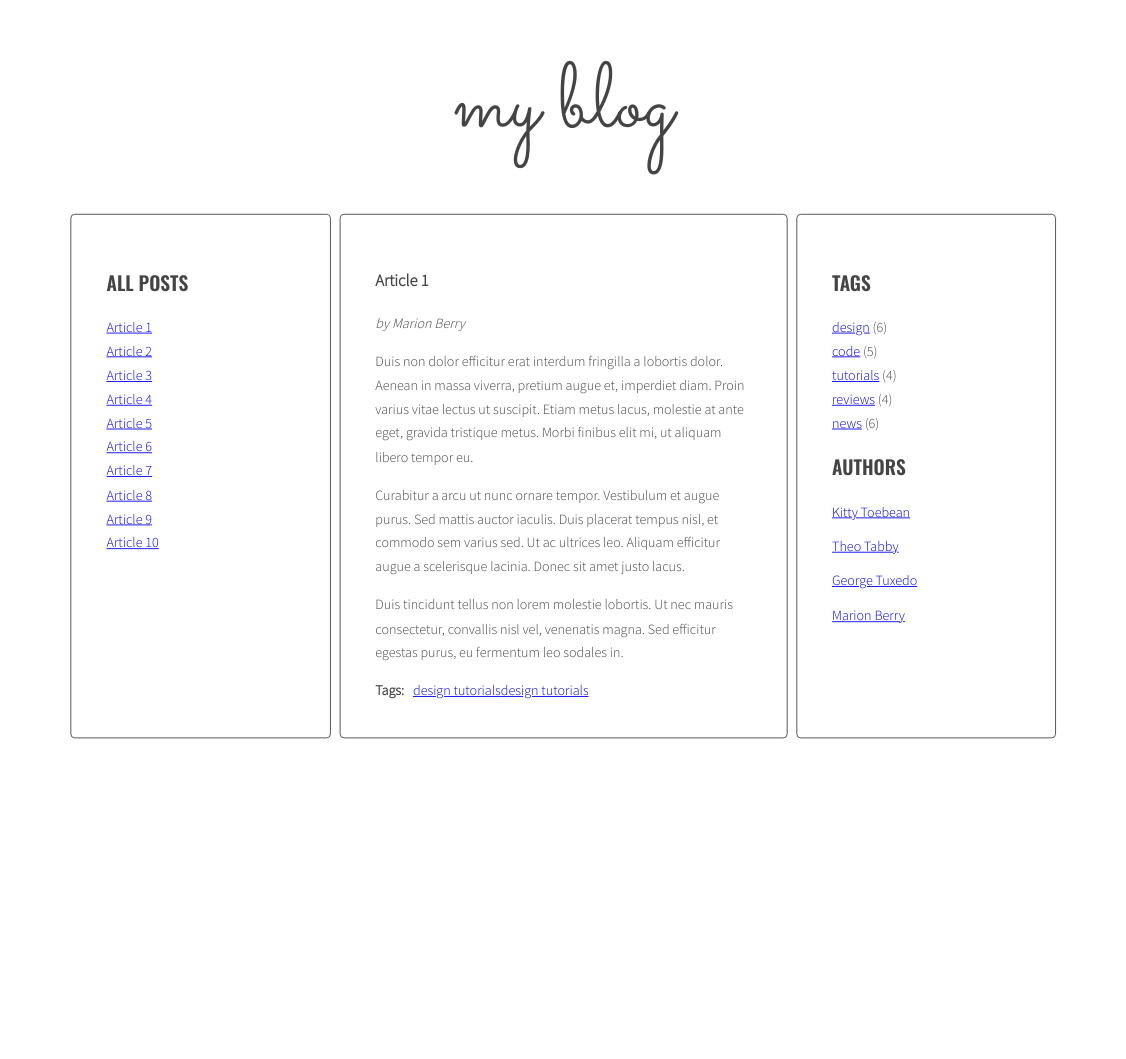
Repository: ulasup/javascript-blog
Page: index.html
These files come from the project's save history. The page is drawn as it stood at one moment and after the next save; the edit follows.
The browser window is 1280 px wide. The pictures show the whole page, at 88% of full size.
The style sheet was rebuilt from its Sass, Less or Tailwind sources for each picture, by a compiler version that may differ from the author's.

Above is the page before, as saved 2020-12-19 13:46:08.

### index.html
<!DOCTYPE html>
<html  lang="en">
    <head>
        <meta charset="UTF-8">
        <title>Film blog</title>
        <link rel="stylesheet" href="css/style.css">
    </head>
    <body>
        <div class="blog">
            <div class="container">
              <h1 class="logo">my blog</h1>
              <main class="wrapper">
                <aside class="sidebar">
                  <h2 class="section-title">All posts</h2>
                  <ul class="list titles">
                  </ul>
                </aside>
                <section class="posts">
                  <article class="post active" id="article-1" data-tags="design tutorials">
                    <h3 class="post-title">Article 1</h3>
                    <p class="post-author">by Marion Berry</p>
                    <div class="post-content">
                      <p>Duis non dolor efficitur erat interdum fringilla a lobortis dolor. Aenean in massa viverra, pretium augue et, imperdiet diam. Proin varius vitae lectus ut suscipit. Etiam metus lacus, molestie at ante eget, gravida tristique metus. Morbi finibus elit mi, ut aliquam libero tempor eu.</p>
                      <p>Curabitur a arcu ut nunc ornare tempor. Vestibulum et augue purus. Sed mattis auctor iaculis. Duis placerat tempus nisl, et commodo sem varius sed. Ut ac ultrices leo. Aliquam efficitur augue a scelerisque lacinia. Donec sit amet justo lacus.</p>
                      <p>Duis tincidunt tellus non lorem molestie lobortis. Ut nec mauris consectetur, convallis nisl vel, venenatis magna. Sed efficitur egestas purus, eu fermentum leo sodales in.</p>
                    </div>
                    <div class="post-tags">
                      <p><strong>Tags:</strong></p>
                      <ul class="list list-horizontal">
                      </ul>
                    </div>
                  </article>
                  <article class="post" id="article-2" data-tags="news code">
                    <h3 class="post-title">Article 2</h3>
                    <p class="post-author">by Theo Tabby</p>
                    <div class="post-content">
                      <p>Phasellus sollicitudin, arcu vel iaculis ullamcorper, quam leo viverra orci, et faucibus quam sapien vel est. Maecenas ac suscipit elit. Nullam interdum, lorem vitae venenatis pulvinar, ex dui malesuada nunc, tempus cursus enim metus vel nulla.</p>
                      <p>Integer hendrerit, eros id efficitur dapibus, ante arcu ullamcorper orci, a iaculis felis turpis at purus. Quisque sodales posuere sapien vel consectetur. Duis dui urna, commodo non ante nec, mattis dictum enim. Donec aliquam erat sed diam lobortis, vel gravida lacus laoreet. Phasellus pretium maximus mi, eu posuere justo suscipit vel.</p>
                      <p>Nam magna nisl, varius in malesuada vitae, facilisis vel metus. Proin rhoncus euismod leo dictum lobortis. Suspendisse non ante sapien.</p>
                    </div>
                    <div class="post-tags">
                      <p><strong>Tags:</strong></p>
                      <ul class="list list-horizontal">
                      </ul>
                    </div>
                  </article>
                  <article class="post" id="article-3" data-tags="news reviews design">
                    <h3 class="post-title">Article 3</h3>
                    <p class="post-author">by George Tuxedo</p>
                    <div class="post-content">
                      <p>Mauris vel pellentesque turpis, ac sodales nisl. Quisque iaculis mi velit, ut convallis tellus accumsan a. Quisque iaculis, nisi et dignissim tincidunt, nisl eros euismod nulla, finibus laoreet erat enim posuere elit.</p>
                      <p>Aenean at semper urna. Duis vel sapien molestie, egestas diam consequat, molestie nulla. Praesent a malesuada metus. Praesent et tempus leo.</p>
                      <p>Mauris in eleifend neque, vitae eleifend velit. Maecenas purus est, bibendum eget imperdiet id, dictum sed ante. Aenean a magna et eros sagittis aliquet.</p>
                    </div>
                    <div class="post-tags">
                      <p><strong>Tags:</strong></p>
                      <ul class="list list-horizontal">
                      </ul>
                    </div>
                  </article>
                  <article class="post" id="article-4" data-tags="tutorials code design">
                    <h3 class="post-title">Article 4</h3>
                    <p class="post-author">by Kitty Toebean</p>
                    <div class="post-content">
                      <p>Morbi vel cursus nulla, vel varius mauris. Suspendisse sed elit sit amet risus faucibus vestibulum ut sit amet purus. Donec orci est, condimentum ut quam quis, scelerisque fringilla ligula.</p>
                      <p>Quisque bibendum nisl id quam sagittis, id pretium dolor scelerisque. Suspendisse non odio nec velit dapibus placerat non a libero.</p>
                      <p>Vivamus at tristique ex, feugiat sagittis ex. Cras cursus, ipsum et efficitur commodo, urna sapien rutrum magna, quis sodales justo ligula eget nunc. In hac habitasse platea dictumst.</p>
                    </div>
                    <div class="post-tags">
                      <p><strong>Tags:</strong></p>
                      <ul class="list list-horizontal">
                      </ul>
                    </div>
                  </article>
                  <article class="post" id="article-5" data-tags="design reviews">
                    <h3 class="post-title">Article 5</h3>
                    <p class="post-author">by Marion Berry</p>
                    <div class="post-content">
                      <p>Suspendisse sem eros, euismod condimentum arcu ac, consequat fermentum orci. Nam convallis lacus nec interdum vestibulum. Vestibulum luctus, quam eu tristique ornare, lorem nibh sodales enim, vitae tempor dolor ante vitae tortor.</p>
                      <p>Duis venenatis metus quis luctus lobortis. In porttitor ipsum eget ligula aliquam ornare. Cras malesuada urna id volutpat sodales.</p>
                      <p>Donec lobortis ultricies turpis, eu viverra magna gravida quis. Fusce sit amet pretium nulla. Duis rutrum metus vel libero sodales, pellentesque varius ex pulvinar.</p>
                    </div>
                    <div class="post-tags">
                      <p><strong>Tags:</strong></p>
                      <ul class="list list-horizontal">
                      </ul>
                    </div>
                  </article>
                  <article class="post" id="article-6" data-tags="reviews code">
                    <h3 class="post-title">Article 6</h3>
                    <p class="post-author">by George Tuxedo</p>
                    <div class="post-content">
                      <p>Donec posuere iaculis ante sed hendrerit. Lorem ipsum dolor sit amet, consectetur adipiscing elit. Quisque hendrerit neque nec urna tincidunt, quis vehicula dui vulputate. Morbi est sapien, auctor ut lectus eu, placerat viverra lorem.</p>
                      <p>Cras consectetur at erat id accumsan. Suspendisse lacinia in nulla quis vulputate. Nunc vitae consectetur augue. Nam ut vehicula mi. Aliquam tristique, purus in hendrerit porta, elit lectus finibus mi, vel malesuada nisl lectus a libero.</p>
                      <p>Nam quis efficitur ante. Sed eget purus quis ex commodo porta eu sit amet dolor. Mauris tellus nisl, dictum nec est vitae, condimentum ornare ante. Fusce ornare hendrerit maximus. In maximus rhoncus justo.</p>
                    </div>
                    <div class="post-tags">
                      <p><strong>Tags:</strong></p>
                      <ul class="list list-horizontal">
                      </ul>
                    </div>
                  </article>
                  <article class="post" id="article-7" data-tags="code news">
                    <h3 class="post-title">Article 7</h3>
                    <p class="post-author">by Kitty Toebean</p>
                    <div class="post-content">
                      <p>Donec eleifend mauris ac nisl fermentum, ac fermentum turpis dignissim. Aliquam diam nisl, imperdiet a varius eget, lobortis sed nisi. Nullam suscipit ipsum sed magna blandit, sed pellentesque urna malesuada.</p>
                      <p>Duis vestibulum arcu et lectus viverra porta. Praesent tempor lacus eget quam mattis, sit amet venenatis diam ultrices. Morbi gravida sapien quis ligula tincidunt, vel sagittis erat ultrices.</p>
                      <p>Ut orci tellus, laoreet ac diam ut, tempus bibendum nisi. Nam egestas sagittis nibh. Curabitur tristique dui quis egestas pretium. Duis eu felis orci.</p>
                    </div>
                    <div class="post-tags">
                      <p><strong>Tags:</strong></p>
                      <ul class="list list-horizontal">
                      </ul>
                    </div>
                  </article>
                  <article class="post" id="article-8" data-tags="news design tutorials">
                    <h3 class="post-title">Article 8</h3>
                    <p class="post-author">by Theo Tabby</p>
                    <div class="post-content">
                      <p>Praesent quis imperdiet erat. Curabitur tempor sapien a interdum malesuada. Proin libero erat, sagittis a sollicitudin eget, pulvinar nec risus. Cras et suscipit sem.</p>
                      <p>Maecenas consequat diam nec sollicitudin congue. Aenean porttitor porttitor quam, condimentum interdum metus congue sed. Donec at nulla ipsum.</p>
                      <p>Mauris non congue dui. Aenean ac eros vitae massa vulputate aliquet ut ac elit. Morbi iaculis auctor nunc aliquet luctus. Nunc tincidunt sem dui, quis interdum leo pellentesque eget. Fusce id leo varius, imperdiet nunc vitae, tristique mi. Mauris quis interdum justo. Mauris auctor purus eu leo faucibus feugiat. Nulla at odio vitae leo semper blandit.</p>
                    </div>
                    <div class="post-tags">
                      <p><strong>Tags:</strong></p>
                      <ul class="list list-horizontal">
                      </ul>
                    </div>
                  </article>
                  <article class="post" id="article-9" data-tags="news tutorials">
                    <h3 class="post-title">Article 9</h3>
                    <p class="post-author">by Marion Berry</p>
                    <div class="post-content">
                      <p>Tam et facilisis purus. Donec vulputate est quis lobortis posuere. Nunc vitae lorem ut odio faucibus pulvinar nec in justo. Ut ut ante ac tellus ornare tempus. Nunc maximus, tortor et dictum convallis, nunc libero posuere leo, scelerisque ultrices arcu sapien ut tellus.</p>
                      <p>Fusce lacinia augue massa, non tincidunt tortor auctor quis. Vestibulum ut pretium nisl. Etiam id tellus tempus, commodo ligula vehicula, porta magna.</p>
                      <p>Donec fringilla blandit dolor vel aliquet. Fusce tortor sapien, lobortis eu vehicula sit amet, dignissim et lectus. In ullamcorper metus vel massa fermentum, at fermentum dui sollicitudin. Nullam lacinia elit vel tortor ullamcorper pulvinar.</p>
                    </div>
                    <div class="post-tags">
                      <p><strong>Tags:</strong></p>
                      <ul class="list list-horizontal">
                      </ul>
                    </div>
                  </article>
                  <article class="post" id="article-10" data-tags="code design news reviews">
                    <h3 class="post-title">Article 10</h3>
                    <p class="post-author">by George Tuxedo</p>
                    <div class="post-content">
                      <p>Aliquam erat volutpat. Ut non eleifend lectus. Donec suscipit tellus tempor, ornare dui id, hendrerit neque. Phasellus lacinia laoreet dui in luctus. Sed hendrerit, magna sit amet varius tempor, augue augue scelerisque est, non scelerisque mauris libero eu sapien.</p>
                      <p>Sed at sapien in quam sollicitudin aliquam. In interdum metus a mi porttitor luctus. Sed commodo, arcu id lacinia posuere, felis elit pharetra urna, at feugiat est orci sit amet libero. Quisque in nisl est. Nullam vehicula at lectus non luctus. Cras aliquam neque magna, at varius nisi egestas ut.</p>
                      <p>Rhoncus purus nulla, non auctor lacus placerat ut. Aliquam condimentum eget magna ac gravida. Etiam egestas faucibus urna et finibus. Cras vel tellus vel magna suscipit euismod. Maecenas id arcu ante. Duis iaculis scelerisque erat, at ullamcorper arcu consectetur eu. Fusce aliquam diam at arcu pharetra, vel fermentum nunc lobortis.</p>
                    </div>
                    <div class="post-tags">
                      <p><strong>Tags:</strong></p>
                      <ul class="list list-horizontal">
                      </ul>
                    </div>
                  </article>
                </section>
                <aside class="sidebar">
                  <h2 class="section-title">Tags</h2>
                  <ul class="list tags">
                    <li><a href="#">design</a> <span>(6)</span></li>
                    <li><a href="#">code</a> <span>(5)</span></li>
                    <li><a href="#">tutorials</a> <span>(4)</span></li>
                    <li><a href="#">reviews</a> <span>(4)</span></li>
                    <li><a href="#">news</a> <span>(6)</span></li>
                  </ul>
                  <h2 class="section-title">Authors</h2>
                  <ul class="list authors">
                    <li>
                      <a href="#">
                        <span class="author-name">Kitty Toebean</span>
                      </a>
                    </li>
                    <li>
                      <a href="#">
                        <span class="author-name">Theo Tabby</span>
                      </a>
                    </li>
                    <li>
                      <a href="#">
                        <span class="author-name">George Tuxedo</span>
                      </a>
                    </li>
                    <li>
                      <a href="#">
                        <span class="author-name">Marion Berry</span>
                      </a>
                    </li>
                  </ul>
                </aside>
              </main>
            </div>
          </div>
    <script src="js/script.js"></script>
    </body>
</html>

### js/script.js
'use strict';

function titleClickHandler(event){
  event.preventDefault();

  const activeLinks = document.querySelectorAll('.titles a.active');
  for(let activeLink of activeLinks){
    activeLink.classList.remove('active');
  }

  const clickedElement = this;
  clickedElement.classList.add('active');

  const activeArticles = document.querySelectorAll('.post.active');
  for(let activeArticle of activeArticles){
    activeArticle.classList.remove('active');
  }

  const attribute = clickedElement.getAttribute('href');
  const clickedArticles = document.querySelectorAll(attribute);
  for(let clickedArticle of clickedArticles){
    clickedArticle.classList.add('active');
  }
}

const optArticleSelector = '.post',
  optTitleSelector = '.post-title',
  optTitleListSelector = '.titles',
  optArticleTagsSelector = '.post-tags .list';

function generateTitleLinks(){

  const titleList = document.querySelector(optTitleListSelector);
  titleList.innerHTML = '';

  const articles = document.querySelectorAll(optArticleSelector);
  let html = '';
  for (let article of articles){
    const articleId = article.getAttribute('id');
    const articleTitle = article.querySelector(optTitleSelector).innerHTML;
    const linkHTML = '<li><a href="#' + articleId + '"><span>' + articleTitle + '</span></a></li>';
    html = html + linkHTML;
  }
  titleList.innerHTML = html;

  const links = document.querySelectorAll('.titles a');
  for(let link of links){
    link.addEventListener('click', titleClickHandler);
  }
}

generateTitleLinks();


function generateTags(){
  const articles = document.querySelectorAll(optArticleSelector);
  for (let article of articles){
    const tagList = article.querySelector(optArticleTagsSelector);
    let html = '';
    const articleTags = article.getAttribute('data-tags');
    const articleTagsArray = articleTags.split(' ');
    for (let tag of articleTagsArray){
      const linkHTML = '<li><a href="#tag-' + articleTags + '"><span>' + articleTags + '</span></a></li>';
      html = html + linkHTML;
    }
    tagList.innerHTML = html;
  }
}

generateTags();

### sass/style.scss
@import url('https://fonts.googleapis.com/css?family=Oswald:400,600|Sacramento|Source+Sans+Pro:300&subset=latin-ext');

/* Variables */

$color-light: #fff;
$color-dark: #444;

$font-logo: 'Sacramento', cursive;
$font-header: 'Oswald', sans-serif;
$font-text: 'Source Sans Pro', sans-serif;

/* Global */

*, *::before, *::after {
  box-sizing: border-box;
}

body {
  background: $color-light;
  font-family: $font-text;
  color: $color-dark;
  font-weight: 300;
  font-size: 16px;
  line-height: 1.7;
}

.container {
  max-width: 1140px;
  margin: 0 auto;
}

.section-title {
  font-size: 22px;
  text-transform: uppercase;
  font-family: $font-header;
  font-weight: 600;

  span {
    text-transform: none;
    font-weight: 400;
    color: lighten($color-dark, 20%);
  }
}

/* Layout */

.wrapper {
  display: flex;
  margin-left: 10px;
}

.sidebar {
  flex: 1 0 0;
}

.posts {
  flex: 2 0 0;
}

.sidebar, .posts {
  background: $color-light;
  margin-right: 10px;
  padding: 40px;
  border: 1px solid $color-dark;
  border-radius: 5px;
}

/* Logo */

.logo {
  font-family: $font-logo;
  font-weight: 400;
  font-size: 104px;
  line-height: 1;
  text-align: center;
}

/* Lists */

.list {
  list-style-type: none;
  margin: 0;
  padding: 0;

  .active {
    font-weight: bold;
  }
}

.list-horizontal {
  li {
    display: inline-block;
  }
}

/* Authors */

.authors {
  li {
    margin-bottom: 12px;
  }
}

/* Post */

.post {
  z-index: 1;
  position: absolute;
  opacity: 0;

  &.active {
    z-index: 2;
    position: relative;
    opacity: 1;
    transition: opacity 1s;
  }
}

.post-author {
  font-style: italic;
}

.post-tags {
  display: flex;

  p {
    margin: 0 10px 0 0;
  }
}

After the next save:
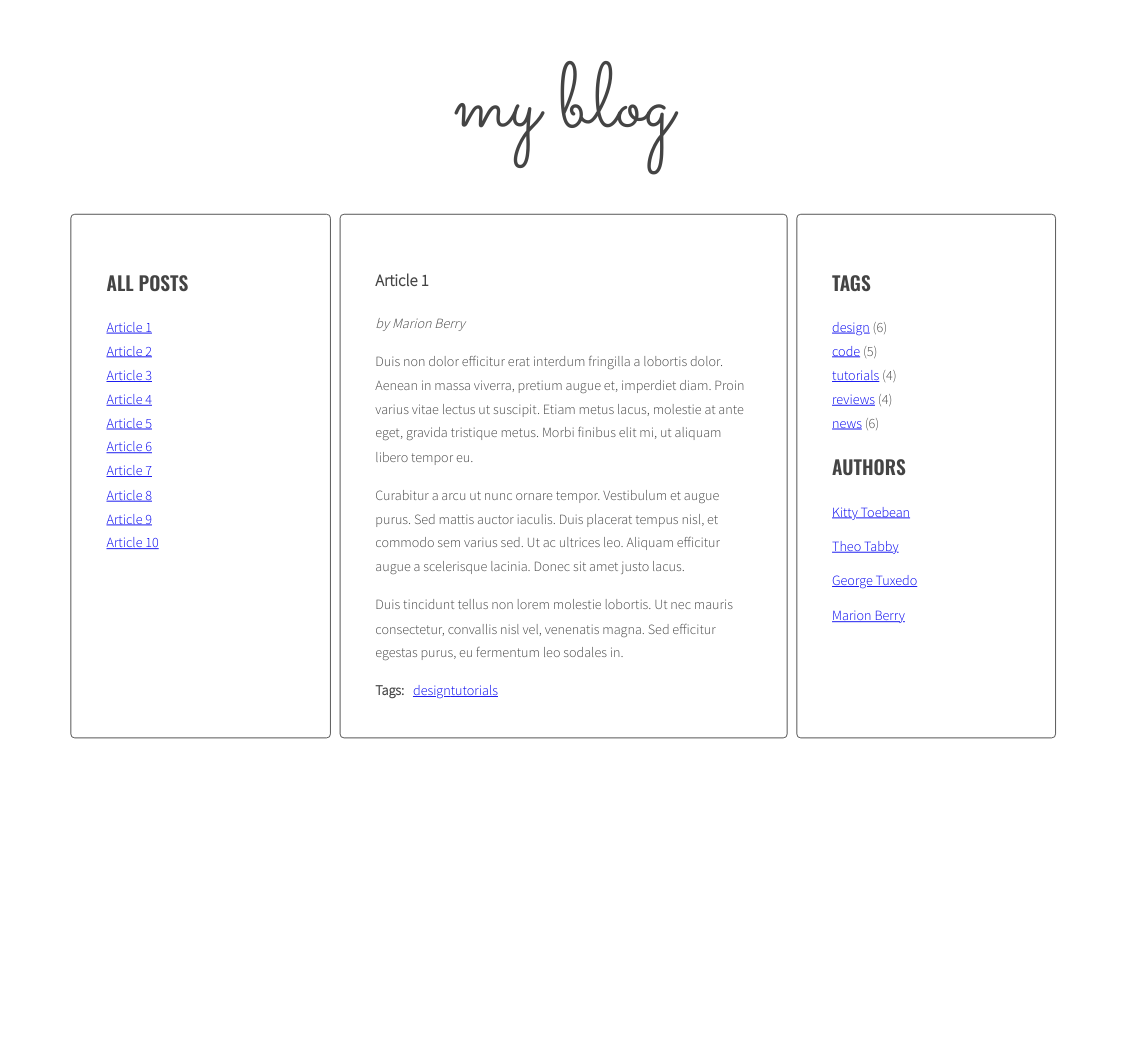
Saved 69 s later.
--- a/js/script.js
+++ b/js/script.js
@@ -60,7 +60,7 @@
     const articleTags = article.getAttribute('data-tags');
     const articleTagsArray = articleTags.split(' ');
     for (let tag of articleTagsArray){
-      const linkHTML = '<li><a href="#tag-' + articleTags + '"><span>' + articleTags + '</span></a></li>';
+      const linkHTML = '<li><a href="#tag-' + tag + '"><span>' + tag + '</span></a></li>';
       html = html + linkHTML;
     }
     tagList.innerHTML = html;
